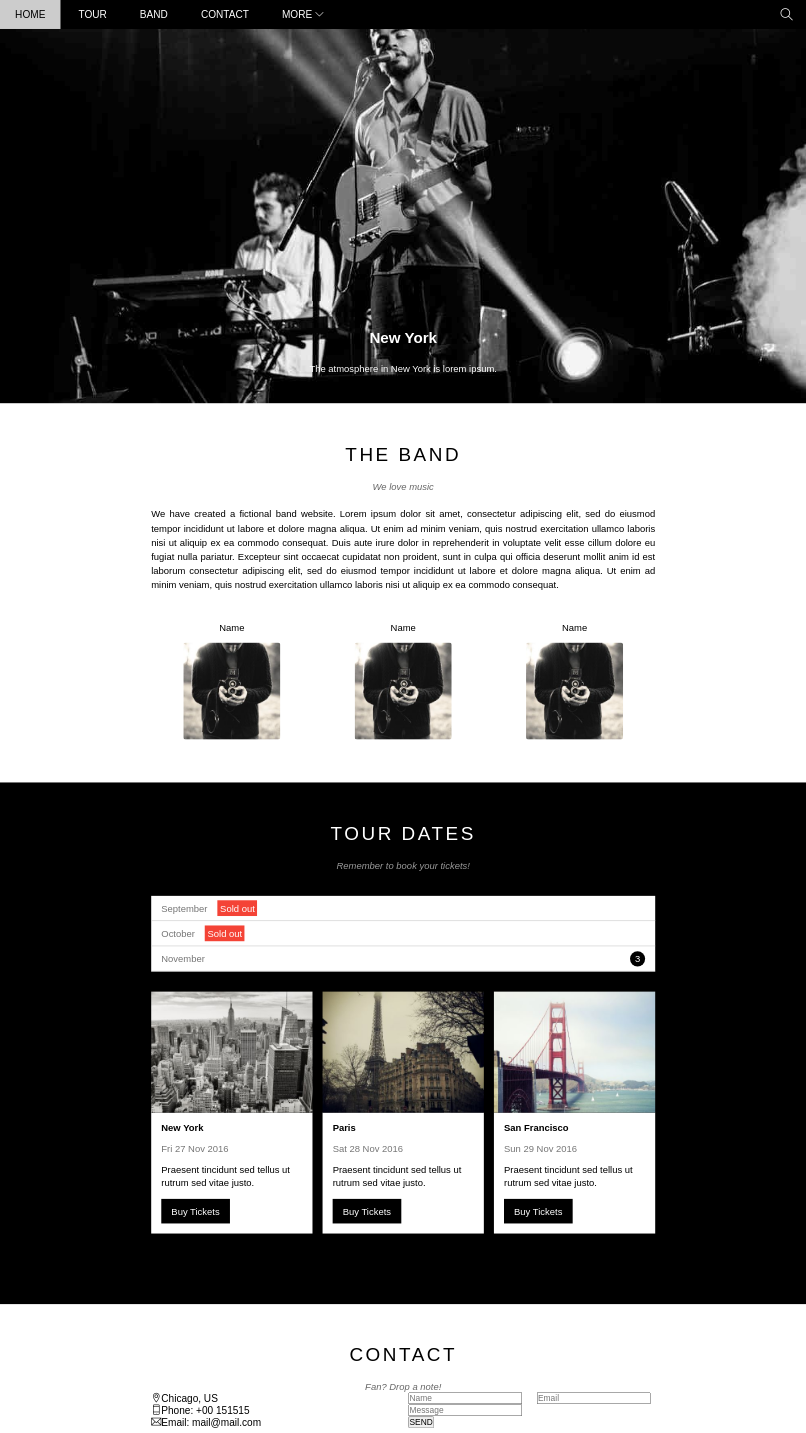
Repository: maivannhan1998/git-w3band
Page: index.html
An editor plug-in stored every save of this project. The page is shown before and after the next save, followed by the edit.
The browser window is 1280 px wide. The pictures show the whole page, at 63% of full size.

Above is the page before, as saved 2021-09-05 20:34:19.

After the next save:
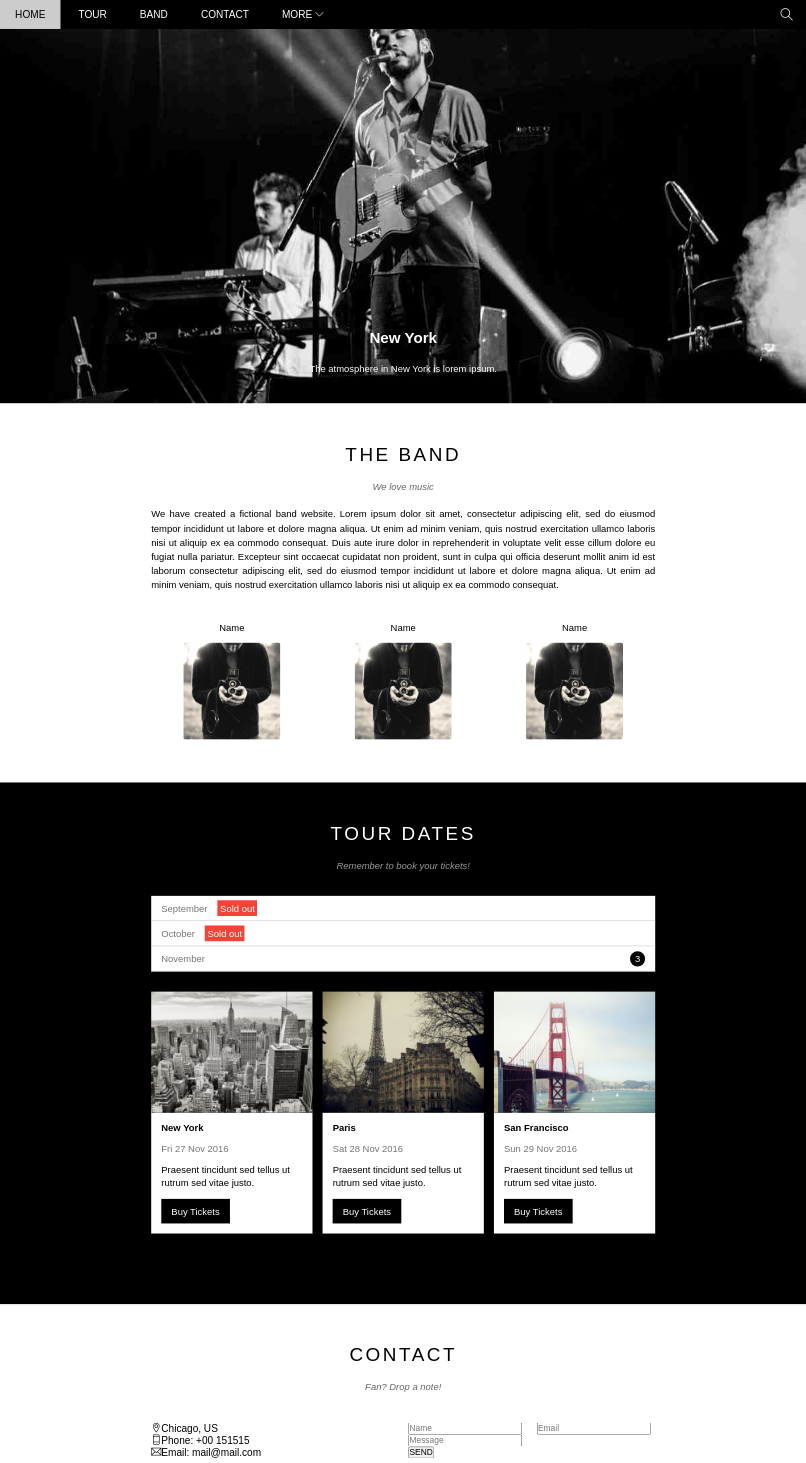
Saved 59 s later.
--- a/asset/css/style.css
+++ b/asset/css/style.css
@@ -307,7 +307,7 @@
 
 /* contact form */
 
-.nhan {
+.contact-content {
     margin-top: 48px;
 }
 
